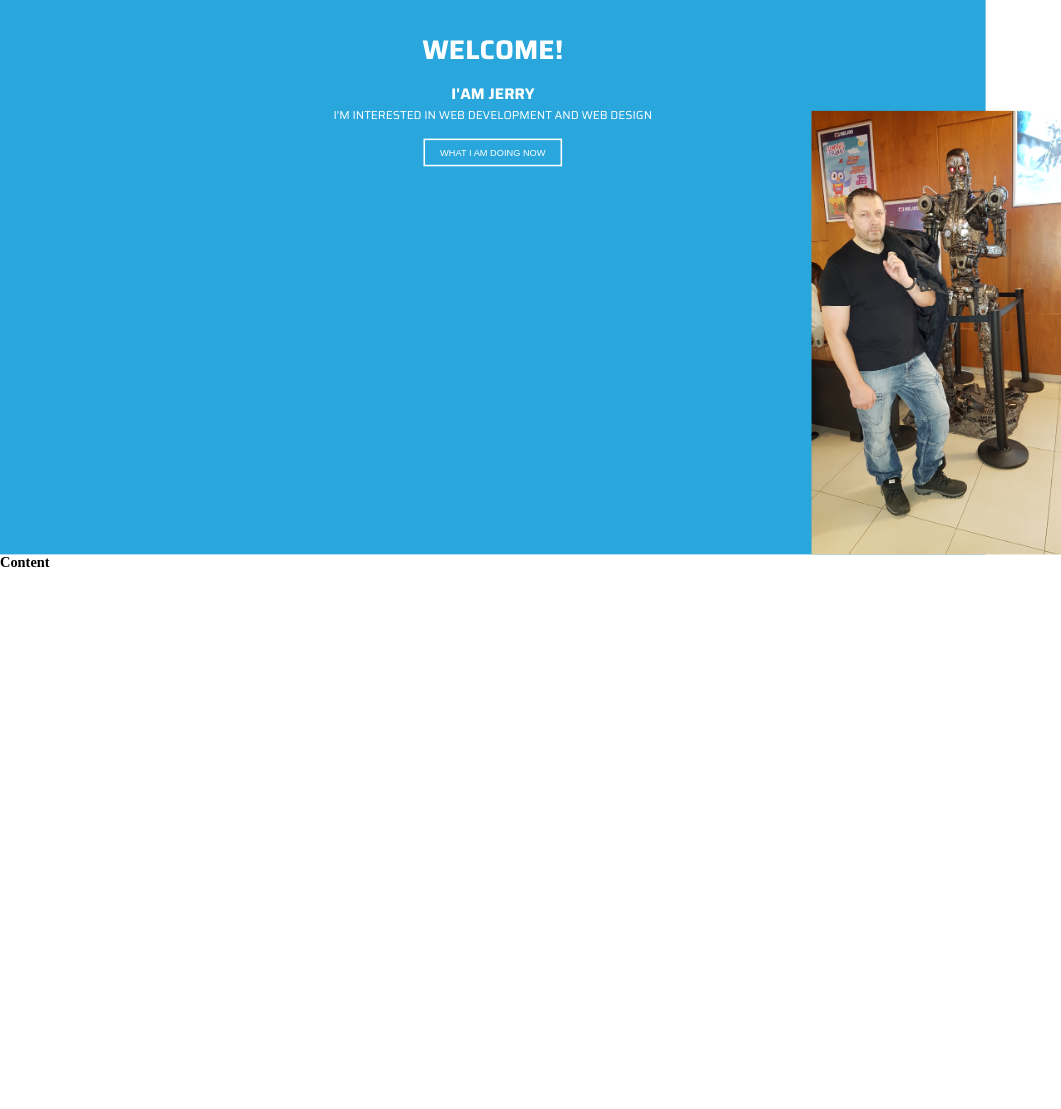
Repository: navanweb/dev
Page: jerry.html
These files come from the project's save history. The page is drawn as it stood at one moment and after the next save; the edit follows.
The browser window is 1280 px wide. The page is 1378 px wide, then 1280 px, so the pictures cover 1378 px, including what lies to the right of the window. The pictures show the whole page, at 77% of full size.

Above is the page before, as saved 2019-04-06 19:42:24.

After the next save:
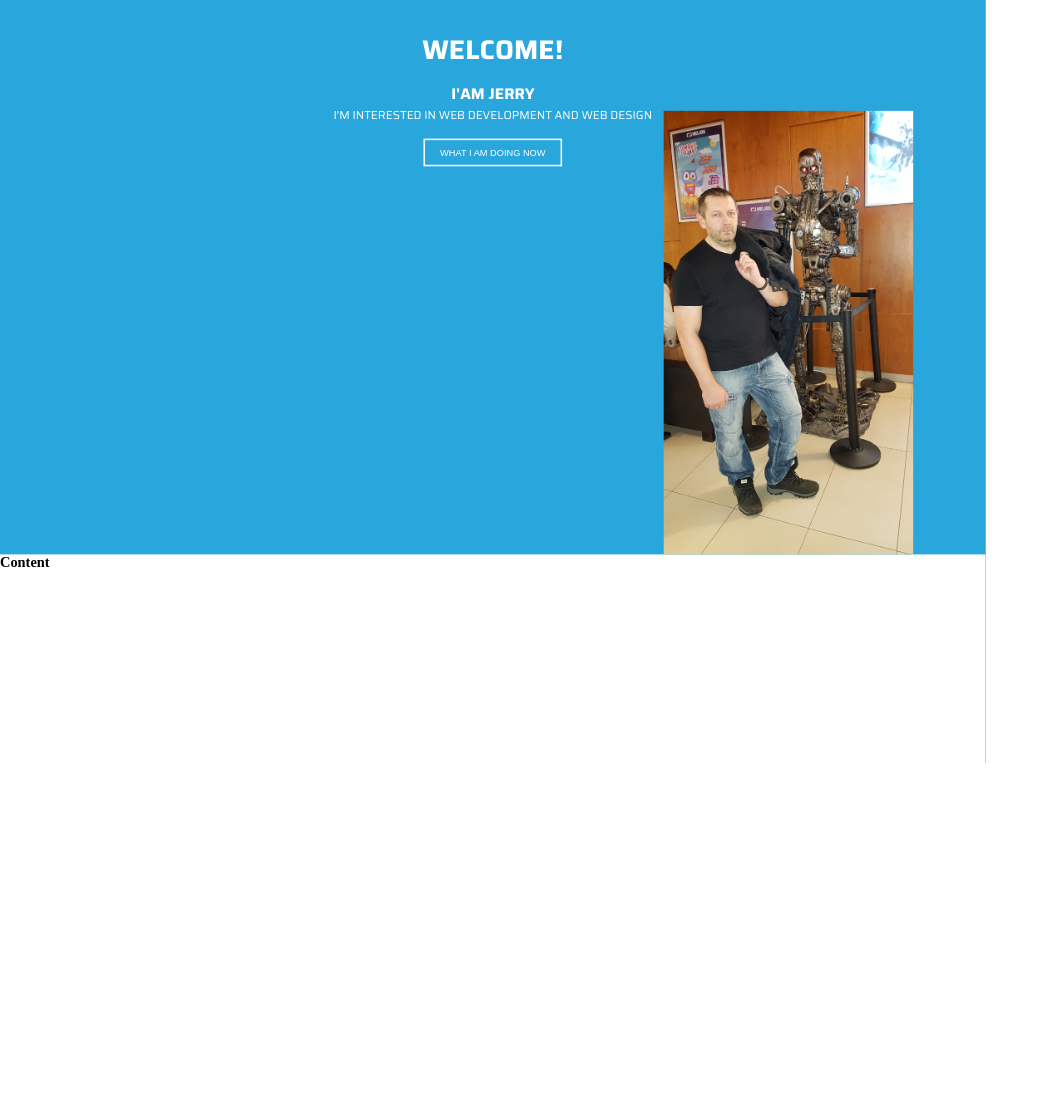
Saved 8 s later.
--- a/css/jerry.css
+++ b/css/jerry.css
@@ -64,7 +64,7 @@ header button {
     header img {
         height: 80%;
         bottom: 0;
-        right: 5%;
+        right: 20%;
     }
 
 }
